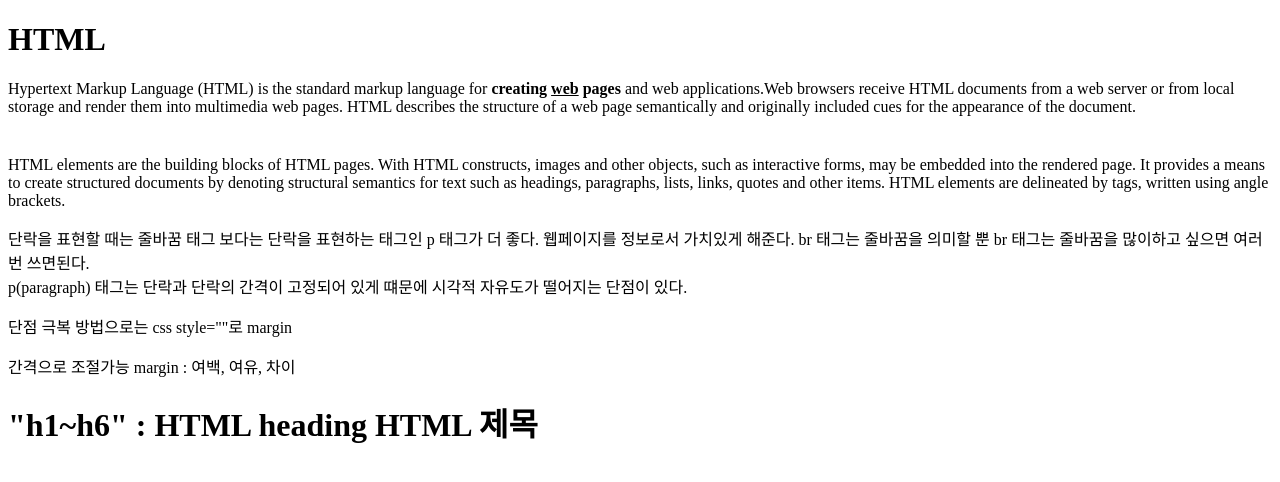
Repository: winterer4/Web-1
Page: HTML5/1.html
These files come from the project's save history. The page is drawn as it stood at one moment and after the next save; the edit follows.
The browser window is 1280 px wide. The pictures show the whole page.

Above is the page before, as saved 2018-10-25 07:28:57.

After the next save:
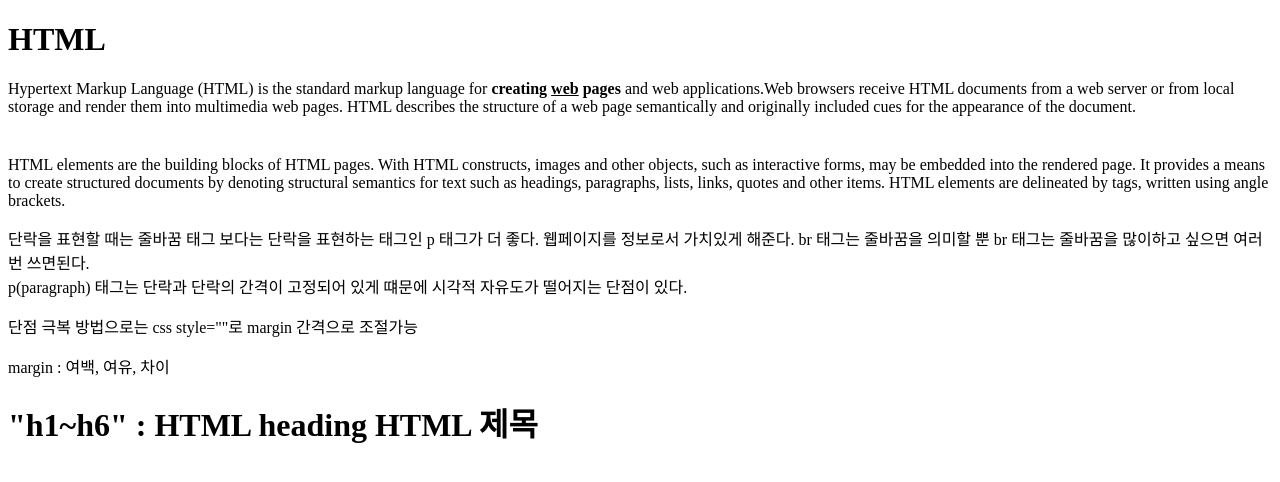
Saved 23 s later.
--- a/HTML5/1.html
+++ b/HTML5/1.html
@@ -31,8 +31,8 @@
 	단락을 표현할 때는 줄바꿈 태그 보다는 단락을 표현하는 태그인 p 태그가 더 좋다. 웹페이지를 정보로서 가치있게 해준다. br
 	태그는 줄바꿈을 의미할 뿐 br 태그는 줄바꿈을 많이하고 싶으면 여러번 쓰면된다.
 	<br> p(paragraph) 태그는 단락과 단락의 간격이 고정되어 있게 떄문에 시각적 자유도가 떨어지는 단점이 있다.
-	<p> 단점 극복 방법으로는 css style=""로 margin</p>
-	간격으로 조절가능 margin : 여백, 여유, 차이
+	<p> 단점 극복 방법으로는 css style=""로 margin 간격으로 조절가능</p>
+	 margin : 여백, 여유, 차이
 </body>
 
 <h1>"h1~h6" : HTML heading HTML 제목</h1>
